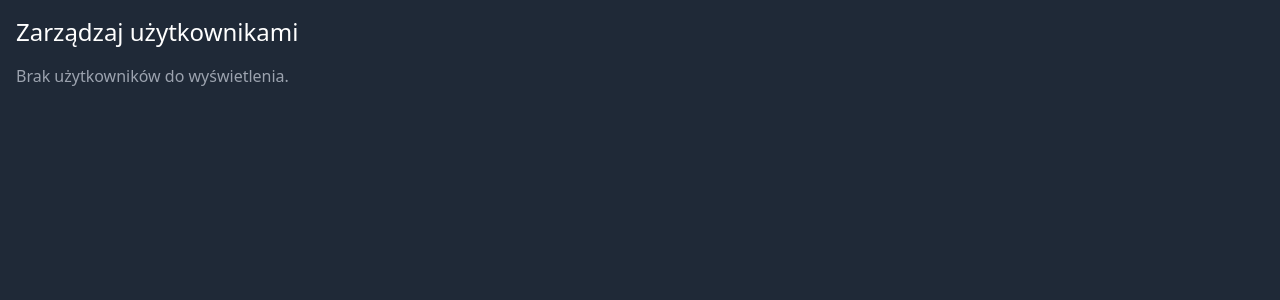
Repository: DaveCala/AplikacjaMeble
Page: http://localhost/admin/users.php
The author's editor kept a copy of each file at every save. The page is drawn from the files as they stood at one save, then again after the next save.
The browser window is 1280 px wide. The pictures show the whole page.
The page is run by PHP 8.4 with error messages shown; the project is at /var/www/html/. Queries for data that is not in the repository find no rows.

Above is the page before, as saved 2024-11-28 10:00:11.

### admin/users.php
<?php
session_start();
require_once '../db.php'; // Połączenie z bazą danych

// Pobranie użytkowników z bazy
$stmt = $pdo->query("SELECT * FROM users");
$users = $stmt->fetchAll();
?>

<!DOCTYPE html>
<html lang="pl">
<head>
  <meta charset="UTF-8">
  <meta name="viewport" content="width=device-width, initial-scale=1.0">
  <title>Zarządzaj użytkownikami</title>
  <link href="https://cdn.jsdelivr.net/npm/tailwindcss@2.2.19/dist/tailwind.min.css" rel="stylesheet">
</head>
<body class="bg-gray-800 text-white">

  <div class="container mx-auto p-4">
    <h1 class="text-2xl mb-4">Zarządzaj użytkownikami</h1>

    <!-- Grid z użytkownikami -->
    <div class="space-y-4">
      <?php if (!empty($users)) : ?>
        <?php foreach ($users as $user) : ?>
            <div class="w-full bg-gray-900 p-4">
                <table class="w-full text-white">
                    <thead>
                    <tr>
                        <th class="border border-gray-700 p-2">ID</th>
                        <th class="border border-gray-700 p-2">Username</th>
                        <th class="border border-gray-700 p-2">Password</th>
                        <th class="border border-gray-700 p-2">Role</th>
                        <th class="border border-gray-700 p-2">Actions</th>
                    </tr>
                    </thead>
                    <tbody id="usersTable">
                    <?php foreach ($users as $user): ?>
                        <tr data-id="<?= htmlspecialchars($user['id']); ?>">
                        <td class="border border-gray-700 p-2"><?= htmlspecialchars($user['id']); ?></td>
                        <td class="border border-gray-700 p-2 username"><?= htmlspecialchars($user['username']); ?></td>
                        <td class="border border-gray-700 p-2 password"><?= htmlspecialchars($user['password']); ?></td>
                        <td class="border border-gray-700 p-2 role"><?= htmlspecialchars($user['role']); ?></td>
                        <td class="border border-gray-700 p-2">
                            <button onclick="editRow(this)"
                                    class="bg-blue-500 text-white py-1 px-3 rounded hover:bg-blue-600">
                            Edytuj
                            </button>
                        </td>
                        </tr>
                    <?php endforeach; ?>
                    </tbody>
                </table>
                </div>

                <script>
                // Funkcja do edycji wiersza
                function editRow(button) {
                    const row = button.closest('tr');
                    const usernameCell = row.querySelector('.username');
                    const passwordCell = row.querySelector('.password');
                    const roleCell = row.querySelector('.role');
                    const actionsCell = row.querySelector('td:last-child');

                    const username = usernameCell.textContent;
                    const password = passwordCell.textContent;
                    const role = roleCell.textContent;

                    usernameCell.innerHTML = `<input type="text" value="${username}" class="w-full bg-gray-800 text-green-500 border border-green-500 p-2 rounded">`;
                    passwordCell.innerHTML = `<input type="text" value="${password}" class="w-full bg-gray-800 text-green-500 border border-green-500 p-2 rounded">`;
                    roleCell.innerHTML = `<input type="text" value="${role}" class="w-full bg-gray-800 text-green-500 border border-green-500 p-2 rounded">`;

                    actionsCell.innerHTML = `
                    <button onclick="saveRow(this)" class="bg-green-500 text-white py-1 px-3 rounded hover:bg-green-600 mr-2">Zapisz</button>
                    <button onclick="cancelEdit(this, '${username}', '${password}', '${role}')" class="bg-red-500 text-white py-1 px-3 rounded hover:bg-red-600">Anuluj</button>
                    `;
                }

                function saveRow(button) {
                    // Kod jak wyżej
                }

                function cancelEdit(button, username, password, role) {
                    // Kod jak wyżej
                }
                </script>

        <?php endforeach; ?>
      <?php else : ?>
        <p class="text-gray-400">Brak użytkowników do wyświetlenia.</p>
      <?php endif; ?>
    </div>
  </div>

</body>
</html>

### db.php
<?php
$host = 'localhost';
$db = 'app_test';
$user = 'root';
$pass = '';

try {
    $pdo = new PDO("mysql:host=$host;dbname=$db;charset=utf8", $user, $pass);
    $pdo->setAttribute(PDO::ATTR_ERRMODE, PDO::ERRMODE_EXCEPTION);
} catch (PDOException $e) {
    die("Błąd połączenia z bazą danych: " . $e->getMessage());
}
?>

After the next save:
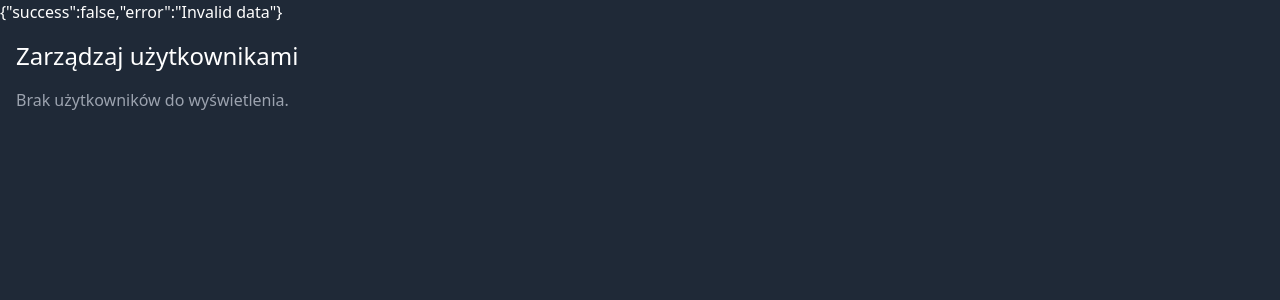
Saved 108 s later.
--- a/admin/users.php
+++ b/admin/users.php
@@ -1,10 +1,30 @@
 <?php
-session_start();
-require_once '../db.php'; // Połączenie z bazą danych
+require_once '../db.php'; // Łączenie z bazą danych
 
-// Pobranie użytkowników z bazy
-$stmt = $pdo->query("SELECT * FROM users");
-$users = $stmt->fetchAll();
+// Pobranie danych z AJAX-a
+$data = json_decode(file_get_contents("php://input"), true);
+
+// Walidacja danych
+if (isset($data['id'], $data['username'], $data['password'], $data['role'])) {
+    $id = $data['id'];
+    $username = $data['username'];
+    $password = $data['password'];
+    $role = $data['role'];
+
+    // Aktualizacja w bazie danych
+    $stmt = $pdo->prepare("UPDATE users SET username = :username, password = :password, role = :role WHERE id = :id");
+    $success = $stmt->execute([
+        'username' => $username,
+        'password' => $password,
+        'role' => $role,
+        'id' => $id
+    ]);
+
+    // Zwracamy odpowiedź JSON
+    echo json_encode(['success' => $success]);
+} else {
+    echo json_encode(['success' => false, 'error' => 'Invalid data']);
+}
 ?>
 
 <!DOCTYPE html>
